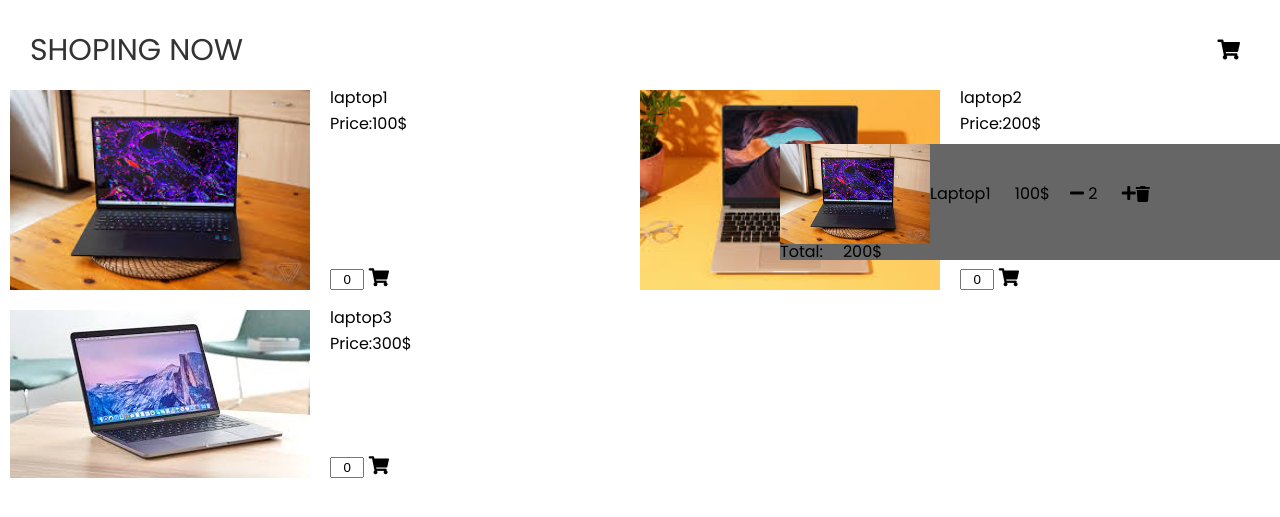
Repository: nttthao9/shopingcart
Page: index.html
The author's editor kept a copy of each file at every save. The page is drawn from the files as they stood at one save, then again after the next save.
The browser window is 1280 px wide. The pictures show the whole page.
Some web libraries are served in a nearby version.

Above is the page before, as saved 2021-10-04 14:59:39.

### index.html
<!DOCTYPE html>
<html lang="en">

<head>
  <meta charset="UTF-8">
  <meta http-equiv="X-UA-Compatible" content="IE=edge">
  <meta name="viewport" content="width=device-width, initial-scale=1.0">
  <title>Shoping Cart</title>
  <link rel="preconnect" href="https://fonts.googleapis.com">
  <link rel="preconnect" href="https://fonts.gstatic.com" crossorigin>
  <link href="https://fonts.googleapis.com/css2?family=Poppins:wght@300;400;500;600&display=swap" rel="stylesheet">
  <link rel="stylesheet" href="https://cdnjs.cloudflare.com/ajax/libs/font-awesome/5.1.0-11/css/all.css"
    integrity="sha512-xO/VZFNBvip9IT+BD6Nq/pHdBvKeFcwygKqARlegjQ+5A68KsMSYrPbGP1oYow5ec9Tqq8peJXcn5J1bD4O00w=="
    crossorigin="anonymous" referrerpolicy="no-referrer" />
  <link rel="stylesheet" href="./styles/reset.css">
  <link rel="stylesheet" href="./styles/style.css">
</head>

<body>
  <div class="shoping">
    <div class="shoping-bar">
      <h2 class="shoping-title">Shoping now</h2>
      <div class="shoping-cart">
        <i class="fas fa-shopping-cart"></i>
      </div>
    </div>
    <div class="product-list">
      <!-- <div class="product-item">
        <img src="./images/laptop1.jpg" alt="" class="product-image">
        <div class="product-desc">
          <span class="product-name">Laptop1</span>
          <span>Price:<span class="product-price">100$</span></span>
          <div class="product-buy">
            <input type="number" name="" id="" class="product-count" value="0" min="0">
            <i class="fas fa-shopping-cart cart-icon"></i>
          </div>
        </div>
      </div> -->
    </div>
    <div class="cart">
      <div class="cart-item">
        <img src="./images/laptop1.jpg" alt="" class="cart-image">
        <div class="cart-desc">
          <span>Laptop1</span>
          <span>100$</span>
        </div>
        <div class="itemchange">
          <i class="fas fa-minus"></i>
          <span class="count">2</span>
          <i class="fas fa-plus"></i>
        </div>
        <i class="fa fa-trash"></i>
      </div>
      <div class="total"><span>Total:</span><span>200$</span></div>
    </div>
  </div>
  <script src="./main.js"></script>
</body>

</html>

### styles/style.css
* {
  box-sizing: border-box;
}
html {
  font-size: 62.5%;
}
image {
  display: block;
  max-width: 100%;
}
input::-webkit-outer-spin-button,
input::-webkit-inner-spin-button {
  -webkit-appearance: none;
  margin: 0;
}
input[type='number'] {
  -moz-appearance: textfield;
}
body {
  font-family: 'Poppins', sans-serif;
  line-height: 1;
  font-size: 1.6rem;
}
.shoping {
  padding: 1rem;
}
.shoping-bar {
  display: flex;
  align-items: center;
  justify-content: space-between;
  padding: 2rem;
}
.shoping-title {
  font-size: 3rem;
  color: #333;
  text-transform: uppercase;
}
.shoping-cart {
  font-size: 2rem;
  padding: 1rem;
  cursor: pointer;
}
.product-list {
  display: flex;
  justify-content: space-between;
  flex-wrap: wrap;
}
.product-item {
  width: 50%;
  display: flex;
  margin-bottom: 2rem;
}
.product-name {
  display: block;
  margin-bottom: 1rem;
}
.product-price {
  display: inline-block;
  margin-bottom: 1rem;
}
.product-desc {
  margin-left: 2rem;
  display: flex;
  flex-direction: column;
}
.product-count {
  width: 15%;
  text-align: center;
}
.product-buy {
  margin-top: auto;
}
.cart-icon {
  display: inline-block;
  font-size: 1.8rem;
  cursor: pointer;
  margin-right: 2rem;
}
.product-image {
  width: 30rem;
  overflow: hidden;
  -o-object-fit: cover;
  object-fit: cover;
}
.cart {
  position: fixed;
  top: 20%;
  right: 0;
  width: 50rem;
  background-color: #666;
}
.cart-image {
  width: 15rem;
}
span {
  display: inline-block;
  margin-right: 2rem;
}
.cart-item {
  display: flex;
  align-items: center;
}

### main.js
const listItem = [
  {
    id: 1,
    name: 'laptop1',
    image: './images/laptop1.jpg',
    price: 100,
  },
  {
    id: 2,
    name: 'laptop2',
    image: './images/laptop2.jpg',
    price: 200,
  },
  {
    id: 3,
    name: 'laptop3',
    image: './images/laptop3.jpg',
    price: 300,
  },
];

const nameProduct = listItem.map((item) => Object.values(item));
console.log(nameProduct);
window.addEventListener('load', function () {
  const productList = document.querySelector('.product-list');
  const productId = listItem.map((item) => item.id);
  console.log(productId);
  const productName = listItem.map((item) => item.name);
  console.log(productName);
  const productPrice = listItem.map((item) => item.price);
  console.log(productPrice);
  function createProductItem(name, productName, productPrice) {
    const template = `<div class="product-item">
    <img src="./images/${name}.jpg" alt="" class="product-image">
    <div class="product-desc">
      <span class="product-name">${productName}</span>
      <span>Price:<span class="product-price">${productPrice}$</span></span>
      <div class="product-buy">
        <input type="number" name="" id="" class="product-count" value="0" min="0">
        <i class="fas fa-shopping-cart cart-icon"></i>
      </div>
    </div>
    </div>`;
    productList.insertAdjacentHTML('beforeend', template);
  }
  for (let i = 0; i < listItem.length; i++) {
    createProductItem(productName[i], productName[i], productPrice[i]);
  }
});

Loaded but not shown: styles/reset.css (common file)

After the next save:
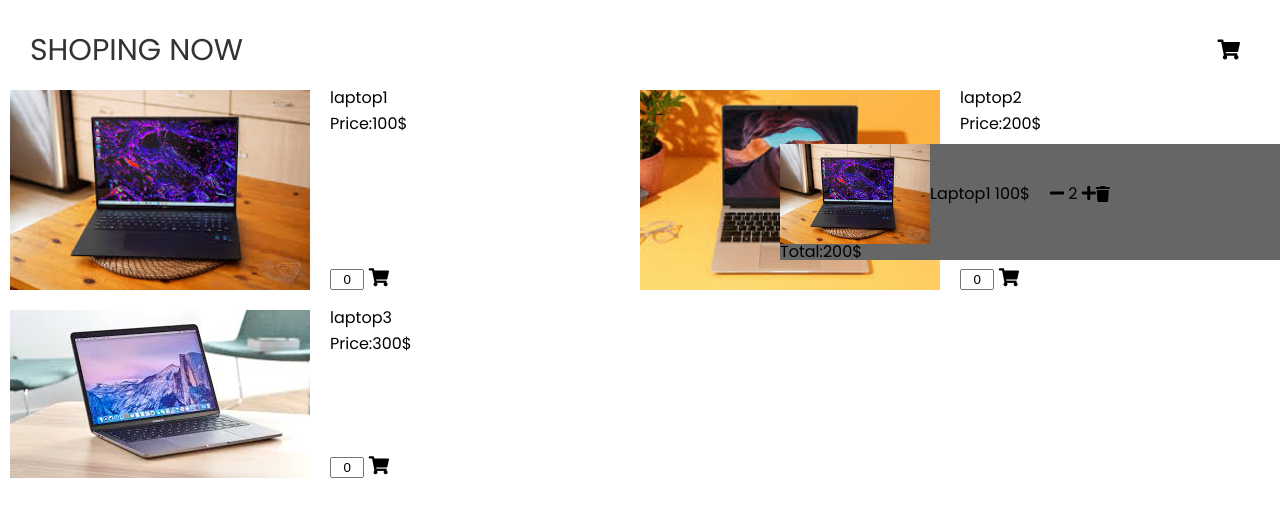
Saved 9 s later.
--- a/styles/style.css
+++ b/styles/style.css
@@ -92,8 +92,7 @@ body {
 .cart-image {
   width: 15rem;
 }
-span {
-  display: inline-block;
+.cart-desc {
   margin-right: 2rem;
 }
 .cart-item {
